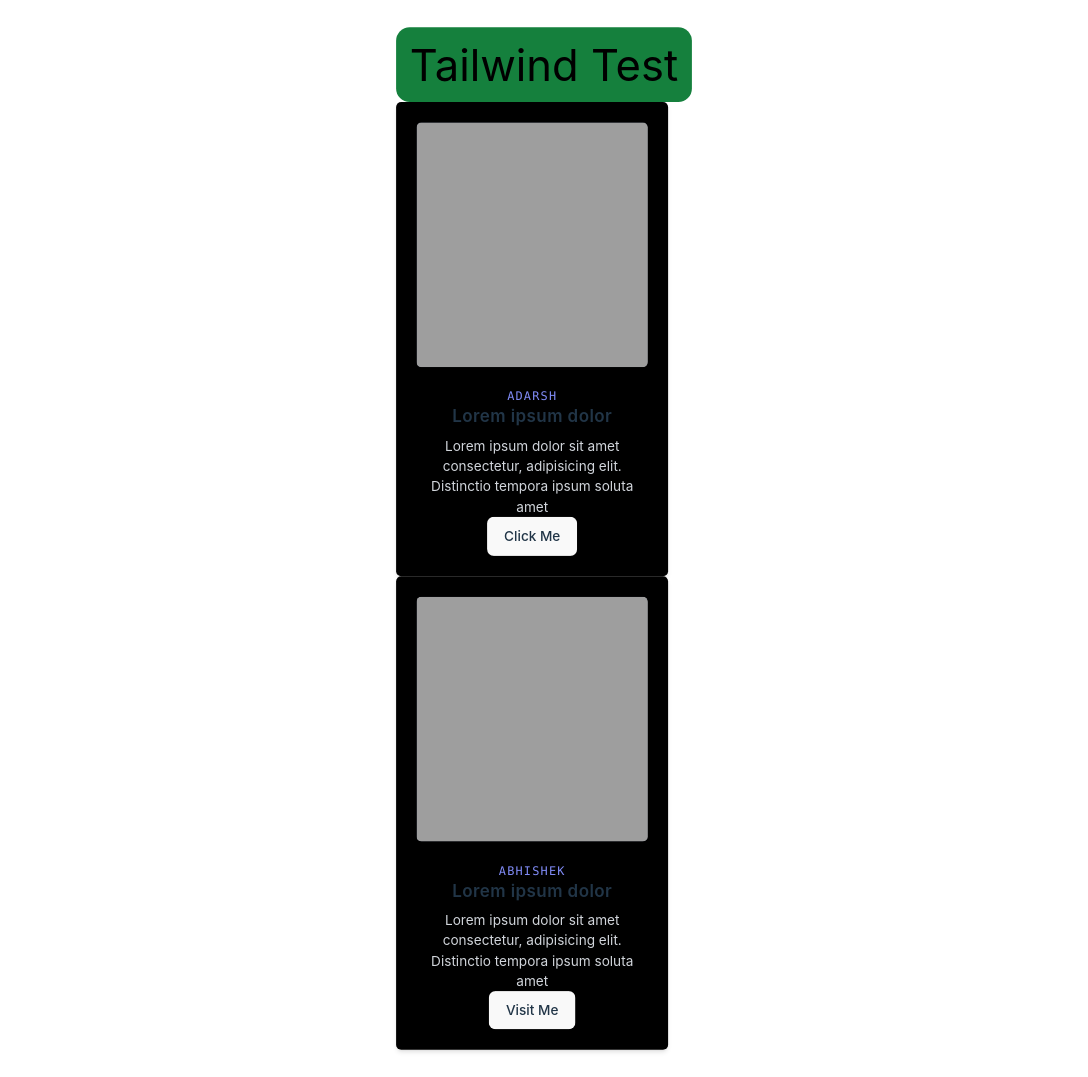
Repository: Adarshjeet0/ReactJs
Page: / (app in 03tailwindprops/)
An editor plug-in stored every save of this project. The page is shown before and after the next save, followed by the edit.
The browser window is 1280 px wide. The pictures show the whole page, at 85% of full size.
Pictures or frames that could not be fetched are drawn as grey boxes. The project was rebuilt for these pictures with package versions that can differ from the ones it lists, and the page was loaded fresh each time. Also part of the build but not shown: 03tailwindprops/vite.config.js.

Above is the page before, as saved 2024-11-30 23:43:18.

### 03tailwindprops/src/App.jsx
import { useState } from 'react'
import reactLogo from './assets/react.svg'
import viteLogo from '/vite.svg'
import './App.css'
import Card from './components/card.jsx'

function App() {
  const [count, setCount] = useState(0)

  return (
    <>
      <h1 className="bg-green-700 p-4 rounded-2xl text-black">Tailwind Test</h1>

      <Card userName="Adarsh" btnText="Click Me"/>
      <Card userName="Abhishek"/>
    </>
  )
}

export default App

### 03tailwindprops/src/components/card.jsx
import React from 'react'

function Card({userName, btnText= "Visit Me"}) {
  return (
    <div className="max-w-xs p-6 rounded-md shadow-md bg-black ">
        <img
          src="https://source.unsplash.com/300x300/?random"
          alt=""
          className="object-cover object-center w-full rounded-md h-72 bg-gray-500"
        />
        <div className="mt-6 mb-2">
          <span className="block text-sm font-medium font-mono tracking-widest uppercase text-indigo-400">
            {userName}
          </span>
          <h2 className="text-xl font-semibold tracking-wide">Lorem ipsum dolor</h2>
        </div>
        <p className="text-gray-300">
          Lorem ipsum dolor sit amet consectetur, adipisicing elit. Distinctio tempora ipsum soluta
          amet
        </p>
        <button>{btnText}</button>
      </div>
  )
}

export default Card

Loaded but not shown: 03tailwindprops/index.html (common file); 03tailwindprops/src/main.jsx (common file); 03tailwindprops/src/index.css (common file); 03tailwindprops/src/App.css (common file); 03tailwindprops/tailwind.config.js (common file)

After the next save:
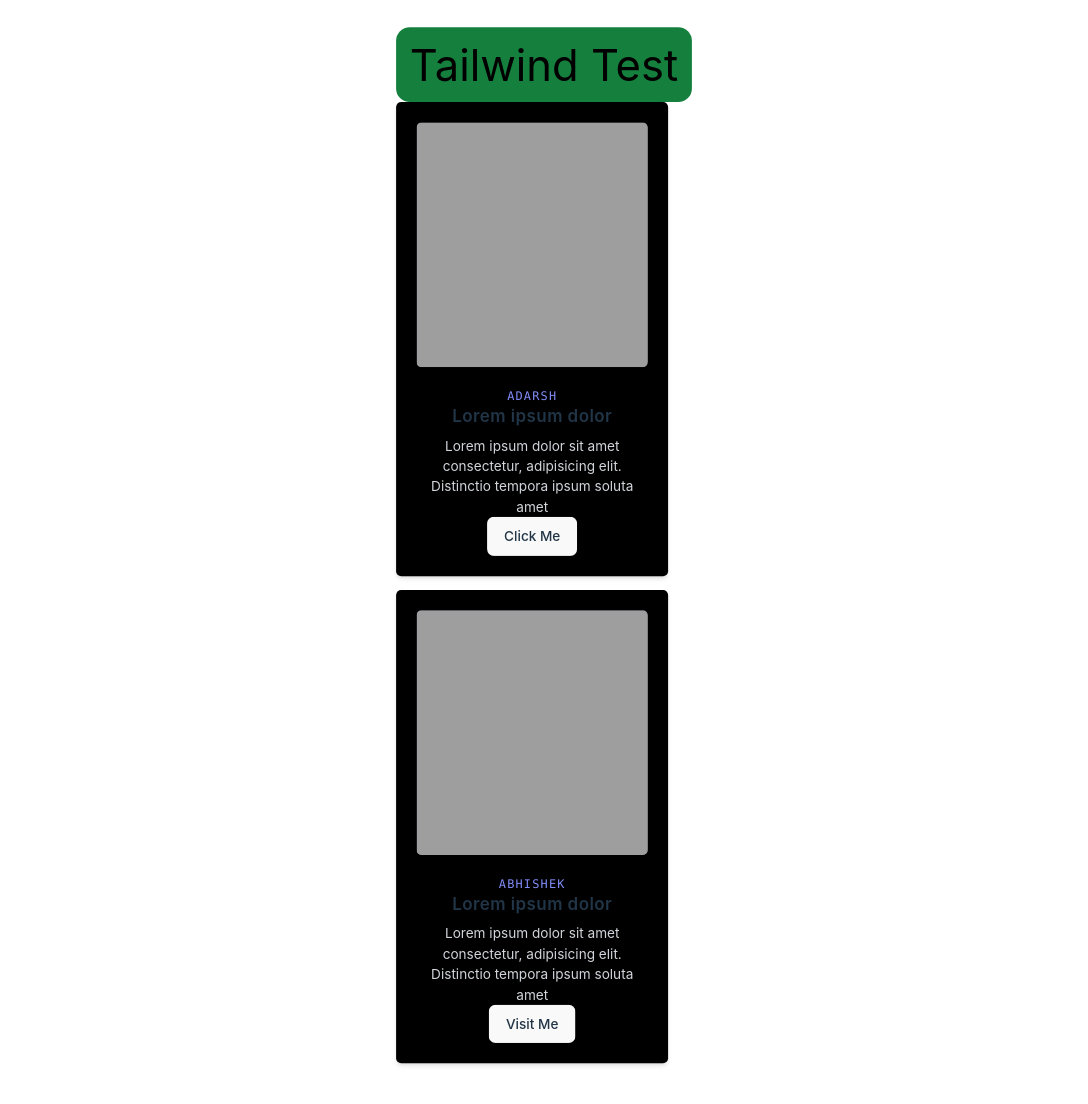
Saved 5 s later.
--- a/03tailwindprops/src/components/card.jsx
+++ b/03tailwindprops/src/components/card.jsx
@@ -2,7 +2,7 @@
 
 function Card({userName, btnText= "Visit Me"}) {
   return (
-    <div className="max-w-xs p-6 rounded-md shadow-md bg-black ">
+    <div className="max-w-xs p-6 rounded-md shadow-md bg-black mb-4">
         <img
           src="https://source.unsplash.com/300x300/?random"
           alt=""
